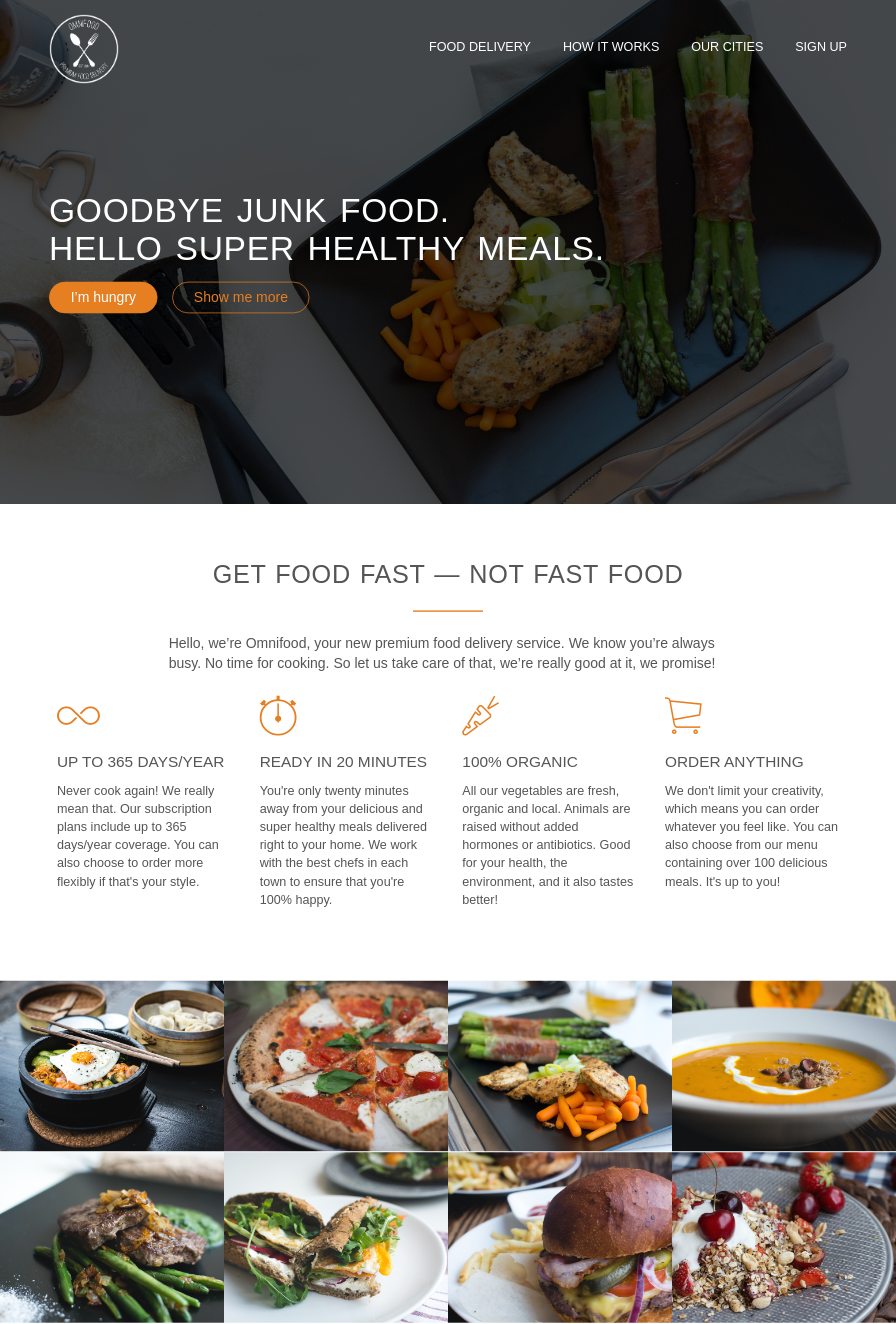
Repository: pboi18/E-Foods
Page: index.html
These files come from the project's save history. The page is drawn as it stood at one moment and after the next save; the edit follows.
The browser window is 1280 px wide. The pictures show the whole page, at 70% of full size.

Above is the page before, as saved 2020-07-10 14:13:24.

### index.html
<!DOCTYPE html>
<html lang="en">
    <head>
        <meta http-equiv="Content-Type" content="text/html;charset=UTF-8">
        <link rel="stylesheet" href="vendors/css/normalize.css">
        <link rel="stylesheet" href="vendors/css/7.1 Grid.css">
        <link rel="stylesheet" href="vendors/css/ionicons.min.css">
        <link rel="stylesheet" href="resources/css/style.css">
        <link href='http://fonts.googleapis.com/css?family=Lato:100,300,400,300italic' rel='stylesheet' type='text/css'>
        <title>Ominifoods</title>
    </head>

    <body>
        <header>
            <nav>
                <div class="row">
                    <img src="resources/img/logo-white.png" alt="Ominifood logo" class="logo">

                    <ul class="main-nav">
                        <li><a href="#">Food delivery</a></li>
                        <li><a href="#">How it works</a></li>
                        <li><a href="#">Our cities</a></li>
                        <li><a href="#">Sign up</a></li>
                    </ul>

                </div>
            </nav>
            <div class="hero-text-box">
                <h1>Goodbye junk food. <br> Hello super healthy meals.</h1>
                <a href="#" class="btn btn-full">I’m hungry </a>
                <a href="#" class="btn btn-ghost">Show me more </a>
            </div>

        </header>

        <section class="section-features">
            <div class="row">
                <h2>Get food fast &mdash; not fast food</h2>
                <p class="long-copy">
                    Hello, we’re Omnifood, your new premium food delivery service. We know you’re always busy. No time for cooking. So let us take care of that, we’re really good at it, we promise!
                </p>
            </div>

            <div class="row">
                <div class="col span-1-of-4 box">
                    <e class="ion-ios-infinite-outline icon-big"></e>
                    <h3>Up to 365 days/year</h3>
                    <p>
                        Never cook again! We
                        really mean that. Our subscription
                        plans include up to 365
                        days/year coverage. You can
                        also choose to order more
                        flexibly if that's your style.
                    </p>
                </div>

                <div class="col span-1-of-4 box">
                    <e class="ion-ios-stopwatch-outline icon-big"></e>
                    <h3>Ready in 20 minutes</h3>
                    <p>
                        You're only twenty minutes
                        away from your delicious and
                        super healthy meals delivered
                        right to your home. We work
                        with the best chefs in each
                        town to ensure that you're
                        100% happy.
                    </p>
                </div>

                <div class="col span-1-of-4 box">
                    <e class="ion-ios-nutrition-outline icon-big"></e>
                    <h3>100% organic</h3>
                    <p>
                        All our vegetables are fresh, organic and local. Animals are raised without added hormones or antibiotics. Good for your health, the environment, and it also tastes better!
                    </p>
                </div>

                <div class="col span-1-of-4 box">
                    <e class="ion-ios-cart-outline icon-big"></e>
                    <h3>Order anything</h3>
                    <p>
                        We don't limit your creativity, which means you can order whatever you feel like. You can also choose from our menu containing over 100 delicious meals. It's up to you!
                    </p>
                </div>
            </div>
        </section>

        <section class="section-meals">
            <ul class="meals-showcase">
                <li>
                    <figure class="meal-photo">
                        <img src="resources/img/1.jpg" alt="Korean bibimbap with egg and vegetables">
                    </figure>
                </li>
                <li>
                    <figure class="meal-photo">
                        <img src="resources/img/2.jpg" alt="Simple italian pizza with cherry tomatoes">
                    </figure>
                </li>
                <li>
                    <figure class="meal-photo">
                        <img src="resources/img/3.jpg" alt="Chicken breast steak with vegetables ">
                    </figure>
                </li>
                <li>
                    <figure class="meal-photo">
                        <img src="resources/img/4.jpg" alt="Autumn pumpkin soup">
                    </figure>
                </li>
            </ul>

            <ul class="meals-showcase">
                <li>
                    <figure class="meal-photo">
                        <img src="resources/img/5.jpg" alt="Paleo beef steak with vegetables">
                    </figure>
                </li>
                <li>
                    <figure class="meal-photo">
                        <img src="resources/img/6.jpg" alt="Healthy baguette with egg and vegetables">
                    </figure>
                </li>
                <li>
                    <figure class="meal-photo">
                        <img src="resources/img/7.jpg" alt="Burger with cheddar and bacon">
                    </figure>
                </li>
                <li>
                    <figure class="meal-photo">
                        <img src="resources/img/8.jpg" alt="Granola with cherries and strawberries">
                    </figure>
                </li>
            </ul>
        </section>
    </body>


</html>

### resources/css/style.css
/*  --------------------------- */
/*  BASIC SETUP */
/*  --------------------------- */

* {
    margin: 0;
    padding: 0;
    box-sizing: border-box;
}

html {
    background-color: #fff;
    color: #555;
    font-family: Arial, Helvetica, sans-serif,'Lato';
    font-weight: 300;
    font-size: 20px;
    text-rendering: optimizeLegibility;
}


/*  --------------------------- */
/*  REUSEABLE COMPONENTS */
/*  --------------------------- */


.row {
    max-width: 1140px;
    margin: 0 auto;
}

section {
    padding: 80px 0;
}

.box {
    padding: 1%;
}

/*  --------------------------- */
/*  HEADINGS */
/*  --------------------------- */

h1,
h2,
h3 {

    font-weight: 300;
    text-transform: uppercase;
}

h1 {
    margin-top: 0;
    margin-bottom: 20px;
    color: #fff;
    font-size: 240%;
    word-spacing: 4px;
    letter-spacing: 1px;
}

h2 {
    font-size: 180%;
    word-spacing: 2px;
    text-align: center;
    margin-bottom: 30px;
    letter-spacing: 1px;
}

h3 {
    font-size: 110%;
    margin-bottom: 15px;
}

h2:after {
    display: block;
    height: 2px;
    background-color: #e67e22;
    content: " ";
    width: 100px;
    margin: 0 auto;
    margin-top: 30px;
}


/*  --------------------------- */
/*  paragraps*/
/*  --------------------------- */


.long-copy {
    line-height: 145%;
    width: 70%;
    margin-left: 15%;
}

.box p {
    font-size: 90%;
    line-height: 145%;
}


/*  --------------------------- */
/*  ICONS */
/*  --------------------------- */

.icon-big {
    font-size: 350%;
    display: block;
    color: #e67e22;
    margin-bottom: 10px;
}


/*  --------------------------- */
/*  BUTTONS */
/*  --------------------------- */

.btn:link,
.btn:visited {
    display: inline-block;
    padding: 10px 30px;
    font-weight: 300;
    text-decoration: none;
    border-radius: 200px;
    transition: all 0.2s;
}


.btn-full:link,
.btn-full:visited {
    background-color: #e67e22;
    border: 1px solid #e67e22;
    color: #fff;
    margin-right: 15px;
}

.btn-ghost:link,
.btn-ghost:visited {
    border: 1px solid #e67e22;
    color: #e67e22;
}

.btn:hover,
.btn:active {
    background-color: #cf6d17;
}


.btn-full:hover,
.btn-full:active {
    border: 1px solid #cf6d17;
}

.btn-ghost:hover,
.btn-ghost:active {
    border: 1px solid #e67e22;
    color: #fff;
}

/*  --------------------------- */
/*  HEADER */
/*  --------------------------- */

header {
    background-image: linear-gradient(rgba(0, 0, 0, 0.7), rgba(0, 0, 0, 0.7)), url(img/hero.jpg);
    background-size: cover;
    background-position: center;
    height: 100vh;
}


.hero-text-box {
    position: absolute;
    width: 1140px;
    top: 50%;
    left: 50%;
    transform: translate(-50%, -50%);
}

.logo {
    height: 100px;
    width: auto;
    float: left;
    margin-top: 20px;
}

.main-nav {
    float: right;
    list-style: none;
    margin-top: 55px;
}

.main-nav li {
    display: inline-block;
    margin-left: 40px;
}

.main-nav li a:link,
.main-nav li a:visited {
    padding: 5px 0px;
    color: #fff;
    text-decoration: none;
    text-transform: uppercase;
    font-size: 90%;
    border-bottom: 2px solid transparent;
    transition: all 0.2s;

}
.main-nav li a:hover,
.main-nav li a:active {
    border-bottom: 2px solid #e67e22;
}


/*  --------------------------- */
/*  MEALS */
/*  --------------------------- */

.section-meals {
    padding: 0;
}

.meals-showcase {
    list-style: none;
    width: 100%;

}

.meals-showcase li {
    display: block;
    float: left;
    width: 25%;
}

.meal-photo {
    width: 100%;
    margin: 0;
    overflow: hidden;
}

.meal-photo img {
    width: 100%;
    height: auto;
    transform: scale(1.03);
}


.meal-photo img:hover {
    transform: scale(1.15);
    transition: all 0.5s;
}

Loaded but not shown: vendors/css/normalize.css (library); vendors/css/7.1 Grid.css (library); vendors/css/ionicons.min.css (library)

After the next save:
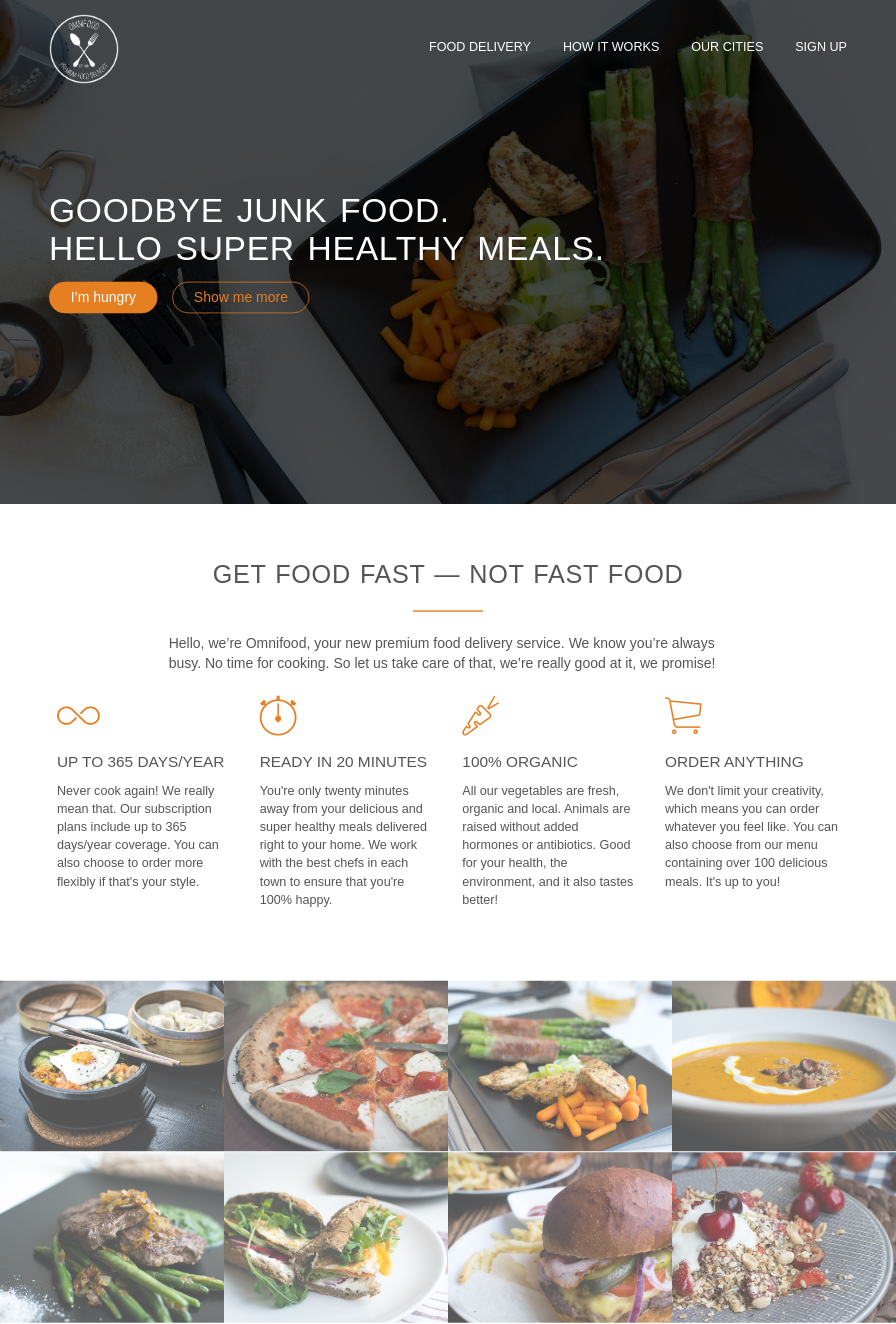
Saved 95 s later.
--- a/resources/css/style.css
+++ b/resources/css/style.css
@@ -241,10 +241,12 @@ header {
     width: 100%;
     height: auto;
     transform: scale(1.03);
+    opacity: 0.7;
 }
 
 
 .meal-photo img:hover {
+
     transform: scale(1.15);
     transition: all 0.5s;
 }
